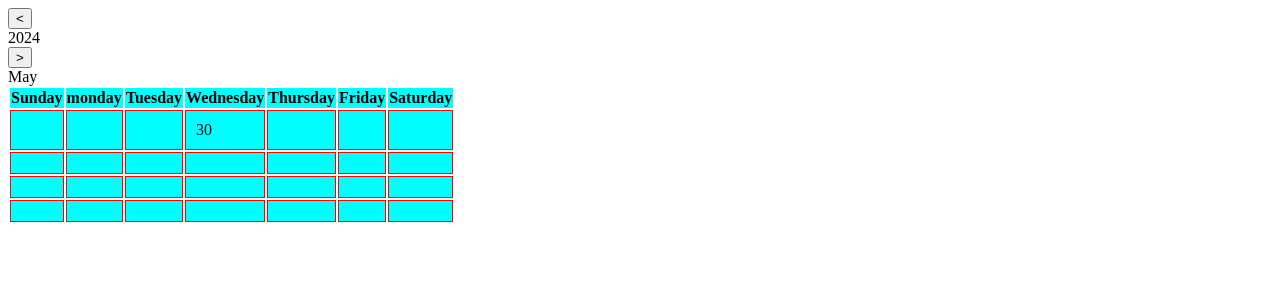
Repository: fateme81yosefi/calendar
Page: index.html
The author's editor kept a copy of each file at every save. The page is drawn from the files as they stood at one save, then again after the next save.
The browser window is 1280 px wide. The pictures show the whole page.

Above is the page before, as saved 2024-05-30 14:05:56.

After the next save:
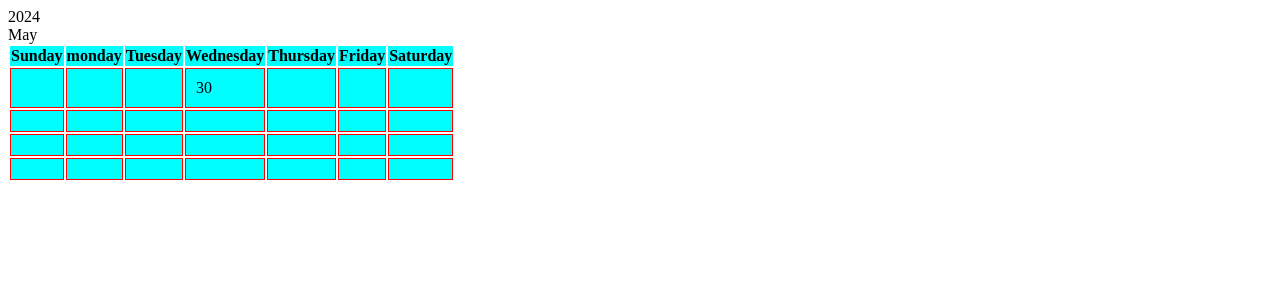
Saved 8 s later.
--- a/index.html
+++ b/index.html
@@ -11,68 +11,72 @@
 
 <body>
 
-  <div class="container-calendar"> <button>
-      < </button>
-        <div class="contain-year" id="year">
-        </div><button> > </button>
-        <div class="contain-month" id="month">
-          <button>
-            < </button>
+  <div class="container-calendar">
+    <div class="contain-year" id="year">
+      <button>
+        < </button>
 
-              <button>></button>
+          <button> > </button>
 
-        </div>
-        <table>
-          <tr>
-            <th>Sunday</th>
-            <th>monday</th>
-            <th>Tuesday</th>
-            <th>Wednesday </th>
-            <th>Thursday</th>
-            <th>Friday</th>
-            <th>Saturday</th>
-          </tr>
+    </div>
+    <div class="contain-month" id="month">
+      <button>
+        < </button>
 
-          <tr>
-            <td id="1-1"> </td>
-            <td id="1-2"> </td>
-            <td id="1-3"> </td>
-            <td id="1-4"> </td>
-            <td id="1-5"> </td>
-            <td id="1-6"> </td>
-            <td id="1-7"> </td>
-          </tr>
+          <button>></button>
 
-          <tr>
-            <td id="2-1"> </td>
-            <td id="2-2"> </td>
-            <td id="2-3"> </td>
-            <td id="2-4"> </td>
-            <td id="2-5"> </td>
-            <td id="2-6"> </td>
-            <td id="2-7"> </td>
-          </tr>
+    </div>
+    <table>
+      <tr>
+        <th>Sunday</th>
+        <th>monday</th>
+        <th>Tuesday</th>
+        <th>Wednesday </th>
+        <th>Thursday</th>
+        <th>Friday</th>
+        <th>Saturday</th>
+      </tr>
 
-          <tr>
-            <td id="3-1"> </td>
-            <td id="3-2"> </td>
-            <td id="3-3"> </td>
-            <td id="3-4"> </td>
-            <td id="3-5"> </td>
-            <td id="3-6"> </td>
-            <td id="3-7"> </td>
-          </tr>
+      <tr>
+        <td id="1-1"> </td>
+        <td id="1-2"> </td>
+        <td id="1-3"> </td>
+        <td id="1-4"> </td>
+        <td id="1-5"> </td>
+        <td id="1-6"> </td>
+        <td id="1-7"> </td>
+      </tr>
 
-          <tr>
-            <td id="4-1"> </td>
-            <td id="4-2"> </td>
-            <td id="4-3"> </td>
-            <td id="4-4"> </td>
-            <td id="4-5"> </td>
-            <td id="4-6"> </td>
-            <td id="4-7"> </td>
-          </tr>
-        </table>
+      <tr>
+        <td id="2-1"> </td>
+        <td id="2-2"> </td>
+        <td id="2-3"> </td>
+        <td id="2-4"> </td>
+        <td id="2-5"> </td>
+        <td id="2-6"> </td>
+        <td id="2-7"> </td>
+      </tr>
+
+      <tr>
+        <td id="3-1"> </td>
+        <td id="3-2"> </td>
+        <td id="3-3"> </td>
+        <td id="3-4"> </td>
+        <td id="3-5"> </td>
+        <td id="3-6"> </td>
+        <td id="3-7"> </td>
+      </tr>
+
+      <tr>
+        <td id="4-1"> </td>
+        <td id="4-2"> </td>
+        <td id="4-3"> </td>
+        <td id="4-4"> </td>
+        <td id="4-5"> </td>
+        <td id="4-6"> </td>
+        <td id="4-7"> </td>
+      </tr>
+    </table>
   </div>
 
 
